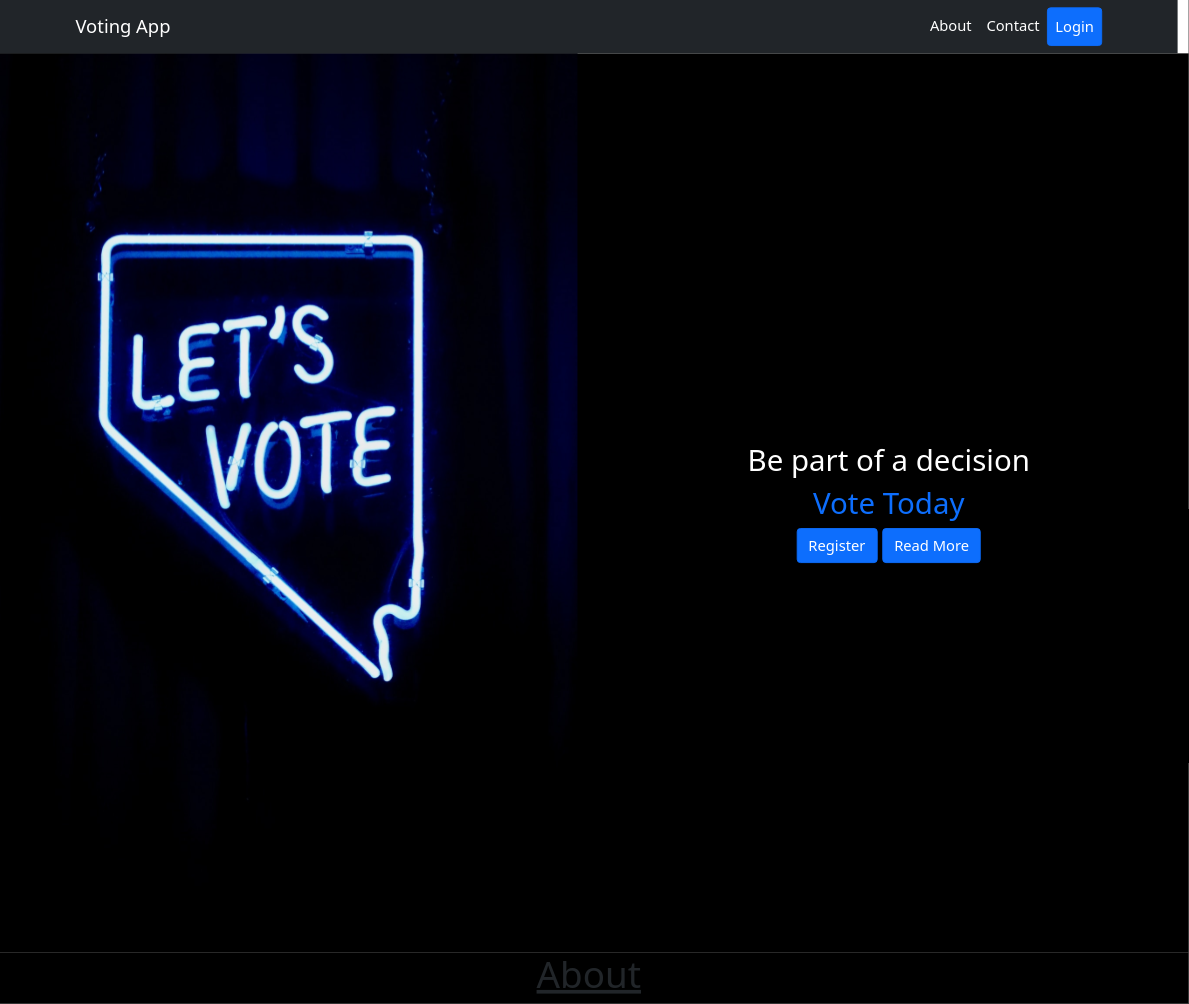
Repository: DavidManiIbrahim/Voting-app
Page: index.html
The author's editor kept a copy of each file at every save. The page is drawn from the files as they stood at one save, then again after the next save.
The browser window is 1280 px wide. The page is 1292 px wide, so the pictures cover 1292 px, including what lies to the right of the window. The pictures show the whole page, at 92% of full size.

Above is the page before, as saved 2025-01-18 03:51:10.

### index.html
<!DOCTYPE html>
<html lang="en">
<head>
    <meta charset="UTF-8">
    <meta name="viewport" content="width=device-width, initial-scale=1.0">
    <title>Voting app</title>
    <link rel="stylesheet" href="./bootstrap.css">
    <link rel="stylesheet" href="./styles.css">
</head>
<body>

<!-- NavBar -->

    <nav class="navbar navbar-expand-lg bg-dark text-white ">
        <div class="container">
            <a href="#" class="navbar-brand text-white ">Voting App</a>


            <button class="navbar-toggler" data-bs-target="#navmenu" data-bs-toggle="collapse">
                <span class="navbar-toggler-icon bg-primary"></span>
            </button>
            <div class="collapse navbar-collapse " id="navmenu">
                <ul class="navbar-nav ms-auto text-center">
                    <li class="nav-link text-white">About</li>
                    <li class="nav-link text-white">Contact</li>
                    <a class="nav-link btn btn-primary text-white">Login</a>
                </ul>
            </div>
</div>
    </nav>

<!-- Hero Section -->

<div class="row h-100 curtain">
    <div class="col-md">
        <img src="./unsplash_LA1VawaCjjI.svg" alt="" class="img-fluid">
    </div>
    <div class="col-md m-auto" >
        <div class="container-fluid text-center lead m-auto text-white" id="content">
            <h2>Be part of a decision</h2>
            <h2 class="text-primary">Vote Today</h2>
            <div class="">
                <button class="btn btn-primary">Register</button>
                <button class="btn btn-primary">Read More</button>
            </div>
        </div>
    </div>
</div>

<!-- About Section -->

<div class="row">
    <div class="container text-center">
        <h1 class="text-decoration-underline">About</h1>
    </div>
</div>






    <script src="./bootstrap.min.js"></script>
</body>
</html>

### styles.css
.lead,#content{
    /* height:50vh; */
    /* border:1px solid; */
    padding: 50px;
}

.row{
    background-color: #000;
}

Loaded but not shown: bootstrap.css (library); bootstrap.min.js (library)

After the next save:
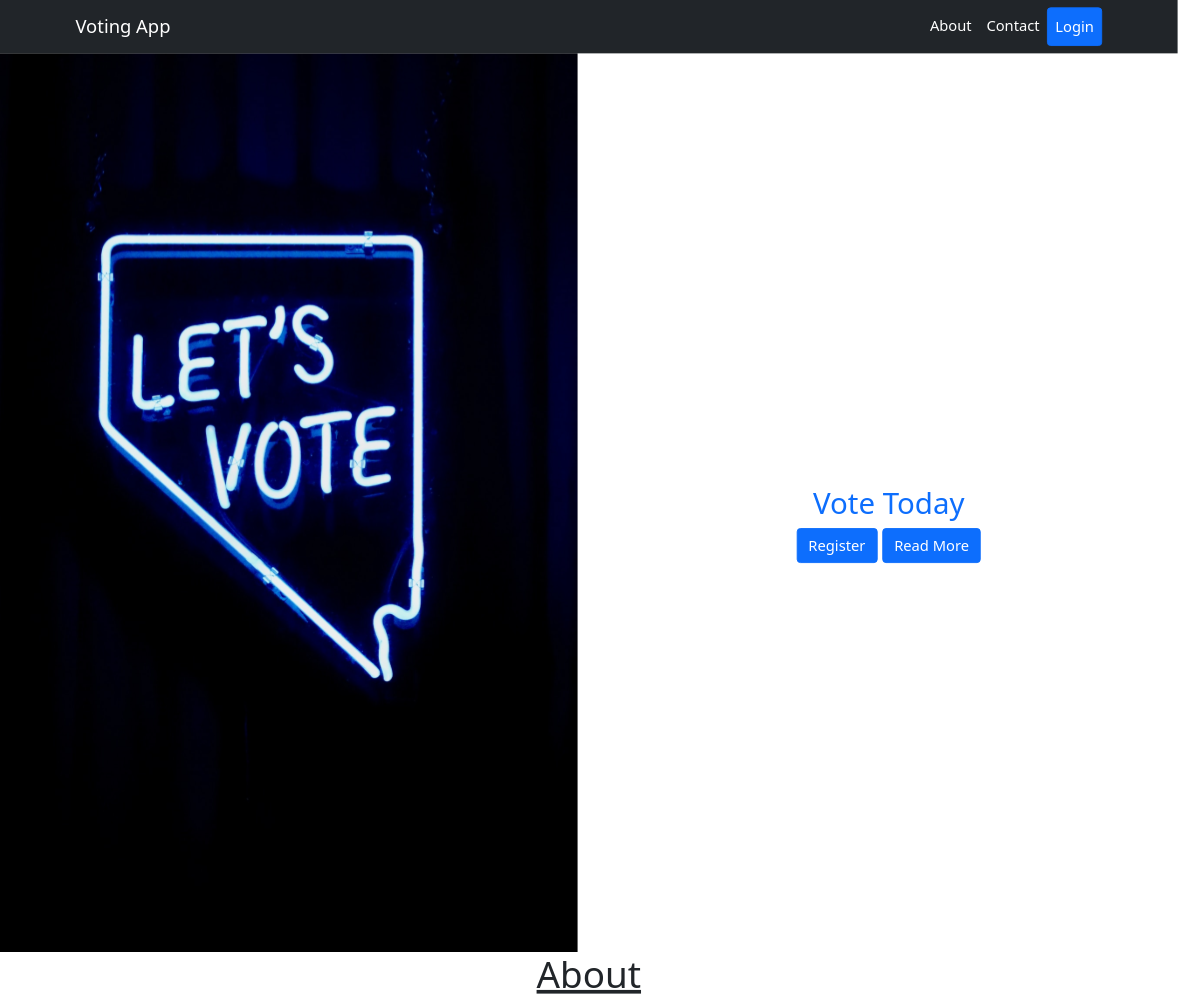
Saved 7 s later.
--- a/styles.css
+++ b/styles.css
@@ -4,6 +4,6 @@
     padding: 50px;
 }
 
-.row{
+.{
     background-color: #000;
 }
